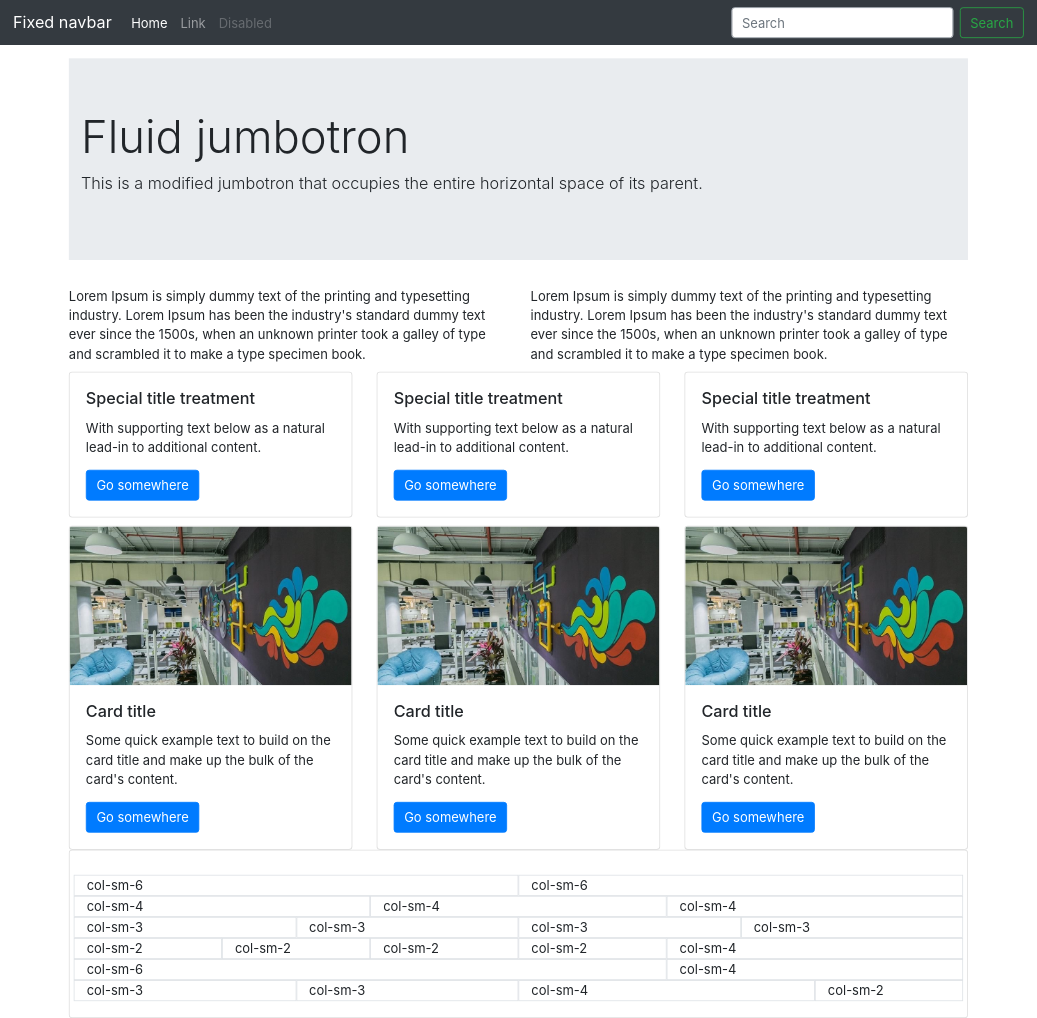
Repository: Green-Technologies-Angular/HTML
Page: index.html
An editor plug-in stored every save of this project. The page is shown before and after the next save, followed by the edit.
The browser window is 1280 px wide. The pictures show the whole page, at 81% of full size.

Above is the page before, as saved 2019-02-01 09:59:05.

### index.html
<!DOCTYPE html>
<html>

<head>
    <title>Title of the document</title>
    <link rel="stylesheet" href="css/bootstrap.css">
    <link rel="stylesheet" href="css/index.css">
    <style>
        body {
            min-height: 75rem;
            padding-top: 4.5rem;
        }
        .border {
            border: 1px solid #ccc;
        }

        .bg-nav {
            background: green;
        }
    </style>
    <script>
        localStorage.setItem("name", "tamilsdfsdfsdfsdfmani");
        console.log(localStorage.getItem('name'));
    </script>
</head>

<body>
    <div class="container-fluid">
        <nav class="navbar navbar-expand-md navbar-dark fixed-top bg-dark">
            <a class="navbar-brand" href="#">Fixed navbar</a>
            <button class="navbar-toggler" type="button" data-toggle="collapse" data-target="#navbarCollapse"
                aria-controls="navbarCollapse" aria-expanded="false" aria-label="Toggle navigation">
                <span class="navbar-toggler-icon"></span>
            </button>
            <div class="collapse navbar-collapse" id="navbarCollapse">
                <ul class="navbar-nav mr-auto">
                    <li class="nav-item active">
                        <a class="nav-link" href="#">Home <span class="sr-only">(current)</span></a>
                    </li>
                    <li class="nav-item">
                        <a class="nav-link" href="#">Link</a>
                    </li>
                    <li class="nav-item">
                        <a class="nav-link disabled" href="#">Disabled</a>
                    </li>
                </ul>
                <form class="form-inline mt-2 mt-md-0">
                    <input class="form-control mr-sm-2" type="text" placeholder="Search" aria-label="Search">
                    <button class="btn btn-outline-success my-2 my-sm-0" type="submit">Search</button>
                </form>
            </div>
        </nav>


        <main class="container">
            <div class="jumbotron jumbotron-fluid">
                <div class="container">
                    <h1 class="display-4">Fluid jumbotron</h1>
                    <p class="lead">This is a modified jumbotron that occupies the entire horizontal space of its
                        parent.</p>
                </div>
            </div>
            <div class="row">
                <div class="col-xl-6 col-lg-6 col-md-6 col-sm-6">
                    Lorem Ipsum is simply dummy text of the printing and typesetting industry. Lorem Ipsum has been the
                    industry's standard dummy text ever since the 1500s, when an unknown printer took a galley of type
                    and
                    scrambled it to make a type specimen book.
                </div>
                <div class="col-xl-6 col-lg-6 col-md-6 col-sm-6">
                    Lorem Ipsum is simply dummy text of the printing and typesetting industry. Lorem Ipsum has been the
                    industry's standard dummy text ever since the 1500s, when an unknown printer took a galley of type
                    and
                    scrambled it to make a type specimen book.
                </div>
            </div>
            <div class="row" style="padding-top:10px;">
                <div class="col-sm-4">
                    <div class="card">
                        <div class="card-body">
                            <h5 class="card-title">Special title treatment</h5>
                            <p class="card-text">With supporting text below as a natural lead-in to additional content.</p>
                            <a href="#" class="btn btn-primary">Go somewhere</a>
                        </div>
                    </div>
                </div>
                <div class="col-sm-4">
                    <div class="card">
                        <div class="card-body">
                            <h5 class="card-title">Special title treatment</h5>
                            <p class="card-text">With supporting text below as a natural lead-in to additional content.</p>
                            <a href="#" class="btn btn-primary">Go somewhere</a>
                        </div>
                    </div>
                </div>
                <div class="col-sm-4">
                    <div class="card">
                        <div class="card-body">
                            <h5 class="card-title">Special title treatment</h5>
                            <p class="card-text">With supporting text below as a natural lead-in to additional content.</p>
                            <a href="#" class="btn btn-primary">Go somewhere</a>
                        </div>
                    </div>
                </div>
            </div>
            <div class="row" style="padding-top:10px;">
                <div class="col-sm-4">
                    <div class="card">
                        <div class="card-body p-0">
                            <img src="images/Download.jpg" class="card-img-top" alt="...">
                            <div class="card-body">
                                <h5 class="card-title">Card title</h5>
                                <p class="card-text">Some quick example text to build on the card title and make up the
                                    bulk of
                                    the
                                    card's content.</p>
                                <a href="#" class="btn btn-primary">Go somewhere</a>
                            </div>
                        </div>
                    </div>
                </div>
                <div class="col-sm-4">
                    <div class="card">
                        <div class="card-body p-0">
                            <img src="images/Download.jpg" class="card-img-top" alt="...">
                            <div class="card-body">
                                <h5 class="card-title">Card title</h5>
                                <p class="card-text">Some quick example text to build on the card title and make up the
                                    bulk of
                                    the
                                    card's content.</p>
                                <a href="#" class="btn btn-primary">Go somewhere</a>
                            </div>
                        </div>
                    </div>
                </div>
                <div class="col-sm-4">
                    <div class="card">
                        <div class="card-body p-0">
                            <img src="images/Download.jpg" class="card-img-top" alt="...">
                            <div class="card-body">
                                <h5 class="card-title">Card title</h5>
                                <p class="card-text">Some quick example text to build on the card title and make up the
                                    bulk of
                                    the
                                    card's content.</p>
                                <a href="#" class="btn btn-primary">Go somewhere</a>
                            </div>
                        </div>
                    </div>
                </div>
            </div>


            <div class="card" style="padding-top:10px;">
                <div class="card-body">
                    <div class="row">
                        <div class="col-sm-6 border">col-sm-6</div>
                        <div class="col-sm-6 border">col-sm-6</div>
                    </div>
                    <div class="row">
                        <div class="col-sm-4 border">col-sm-4</div>
                        <div class="col-sm-4 border">col-sm-4</div>
                        <div class="col-sm-4 border">col-sm-4</div>
                    </div>
                    <div class="row">
                        <div class="col-sm-3 border">col-sm-3</div>
                        <div class="col-sm-3 border">col-sm-3</div>
                        <div class="col-sm-3 border">col-sm-3</div>
                        <div class="col-sm-3 border">col-sm-3</div>
                    </div>
                    <div class="row">
                        <div class="col-sm-2 border">col-sm-2</div>
                        <div class="col-sm-2 border">col-sm-2</div>
                        <div class="col-sm-2 border">col-sm-2</div>
                        <div class="col-sm-2 border">col-sm-2</div>
                        <div class="col-sm-4 border">col-sm-4</div>
                    </div>
                    <div class="row">
                        <div class="col-sm-8 border">col-sm-6</div>
                        <div class="col-sm-4 border">col-sm-4</div>
                    </div>
                    <div class="row">
                        <div class="col-sm-3 border">col-sm-3</div>
                        <div class="col-sm-3 border">col-sm-3</div>
                        <div class="col-sm-4 border">col-sm-4</div>
                        <div class="col-sm-2 border">col-sm-2</div>
                    </div>
                </div>
            </div>
        </main>


    </div>
    <script src="script/jquery.js"></script>
    <script src="script/popper.js"></script>
    <script src="script/bootstrap.js"></script>
</body>

</html>

### css/index.css
.bg-nav{
    background: red;
}
/*
 * Footer
 */
 .blog-footer {
    padding: 2.5rem 0;
    color: #999;
    text-align: center;
    background-color: #f9f9f9;
    border-top: .05rem solid #e5e5e5;
  }
  .blog-footer p:last-child {
    margin-bottom: 0;
  }
@media (min-width: 1200px) {
    .bg-nav{
        background: red;
        margin-top:100px;
    }
 }

Loaded but not shown: css/bootstrap.css (library); script/jquery.js (library); script/popper.js (library); script/bootstrap.js (library)

After the next save:
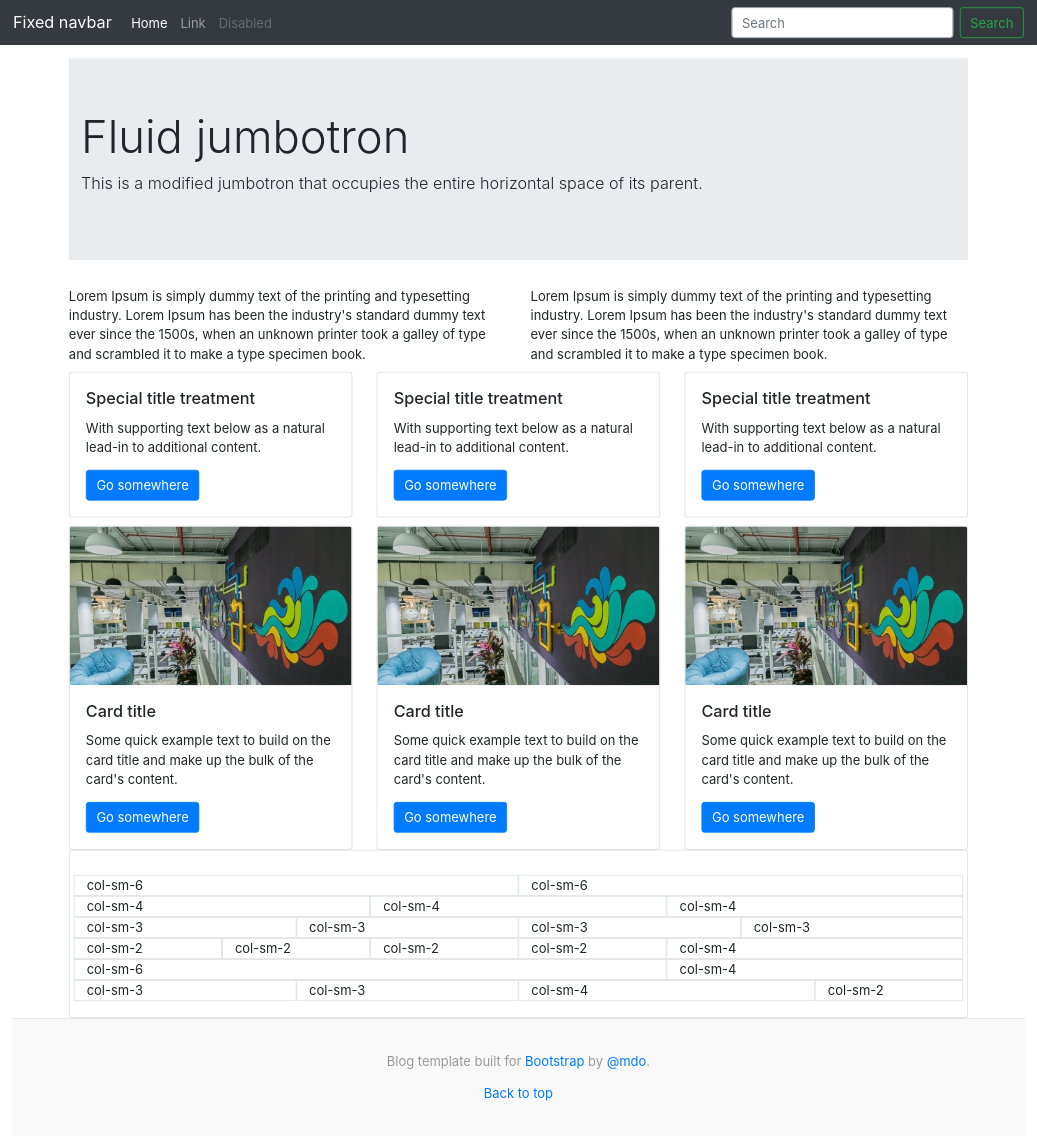
Saved 33 s later.
--- a/index.html
+++ b/index.html
@@ -189,7 +189,12 @@
                 </div>
             </div>
         </main>
-
+        <footer class="blog-footer">
+            <p>Blog template built for <a href="https://getbootstrap.com/">Bootstrap</a> by <a href="https://twitter.com/mdo">@mdo</a>.</p>
+            <p>
+                <a href="#">Back to top</a>
+            </p>
+        </footer>
 
     </div>
     <script src="script/jquery.js"></script>
